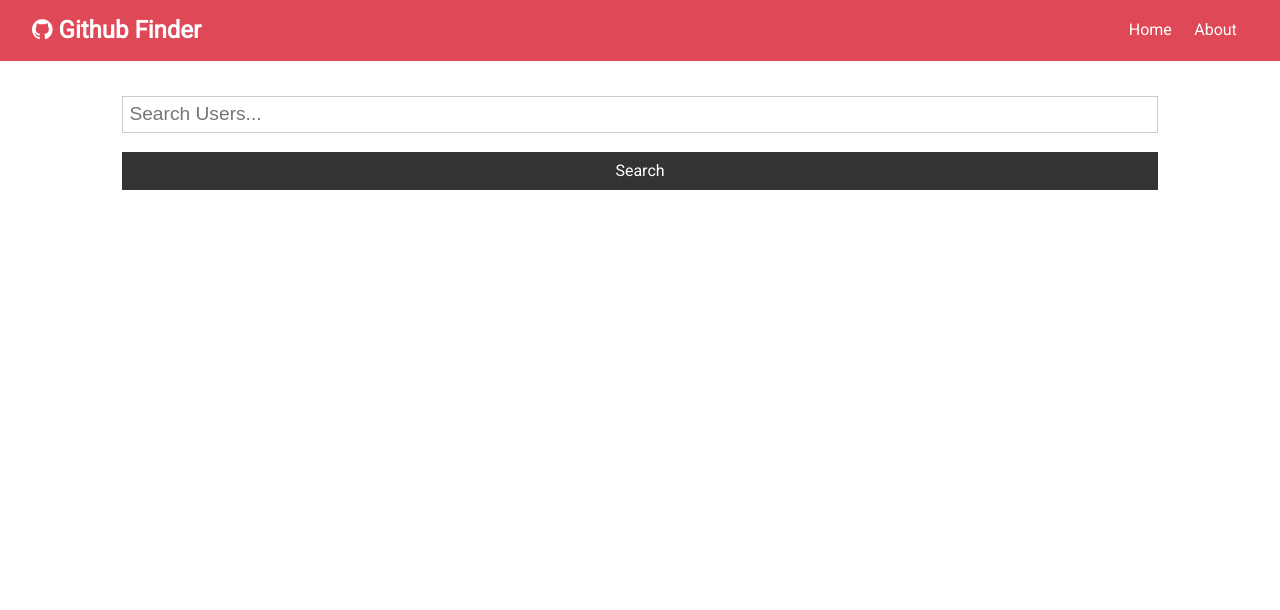
Repository: Abbaskhurram255/github-finder
Page: /
An editor plug-in stored every save of this project. The page is shown before and after the next save, followed by the edit.
The browser window is 1280 px wide. The pictures show the whole page.
The page's requests for data from a server got no answer. The project was rebuilt for these pictures with package versions that can differ from the ones it lists, and the page was loaded fresh each time. No one was signed in, and anything a server would have sent is missing. Also part of the build but not shown: src/components/repos/RepoItem.js, src/components/repos/Repos.js, src/components/users/User.js, src/components/layout/Alert.js, src/components/users/UserItem.js, src/components/pages/NotFound.js, src/components/pages/About.js. Imported but missing from the stored project, and not drawn on this page: src/components/layout/Spinner.

Above is the page before, as saved 2020-12-19 21:48:45.

After the next save:
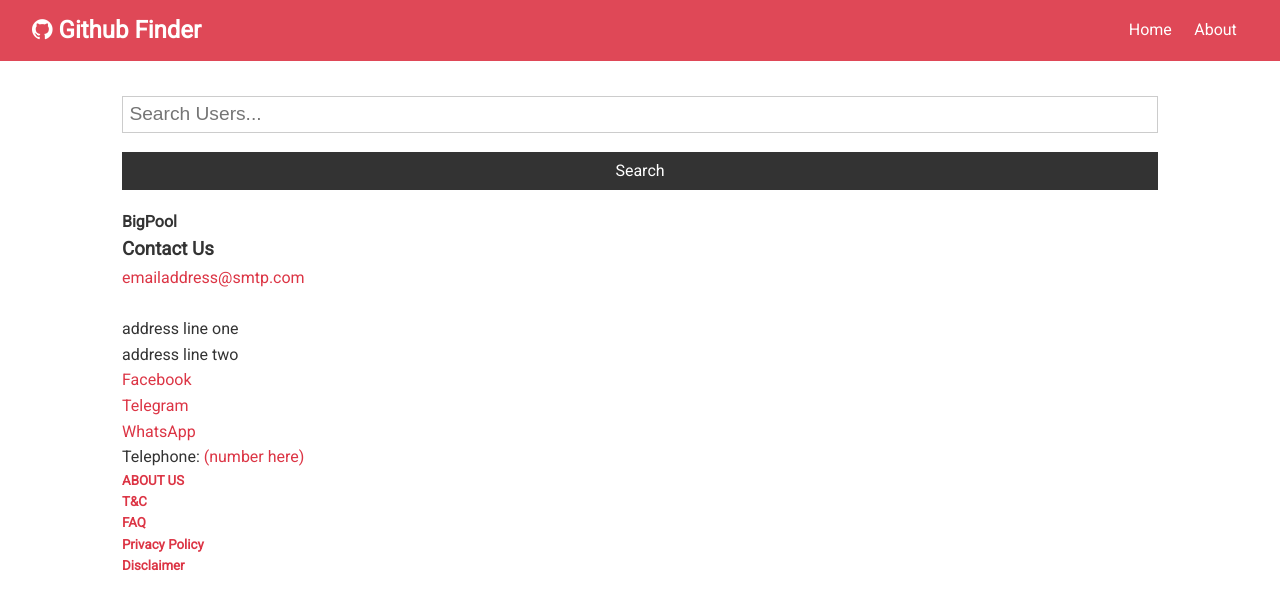
Saved 14 s later.
--- a/public/index.html
+++ b/public/index.html
@@ -22,6 +22,77 @@
   <body>
     <noscript>You need to enable JavaScript to run this app.</noscript>
     <div id="root"></div>
+      <!-- footer-->
+  <footer>
+    <div class="footer" id="footer">
+      <div class="container">
+        <div class="row">
+          <div class="col-lg-6 col-md-6 col-sm-6 col-xs-6">
+            <h4>BigPool</h4>
+          </div>
+          <div class="col-lg-3 col-sm-2 col-xs-3">
+            <h3>Contact Us</h3>
+            <ul>
+              <li><a class="email" href="#">emailaddress@smtp.com</a></li>
+              <br />
+              <li>
+                <p>address line one</p>
+              </li>
+              <li>
+                <p>address line two</p>
+              </li>
+            </ul>
+            <ul>
+              <li>
+                <p>
+                  <a href="https://www.facebook.com/groups/446788002952898/?ref=share">Facebook</a>
+                </p>
+              </li>
+              <li>
+                <p>
+                  <a href="https://t.me/joinchat/VssSExlEqIdSm2Y7bGwKAA">Telegram</a>
+                </p>
+              </li>
+              <li>
+                <p>
+                  <a href="https://chat.whatsapp.com/GUvq9a4bxXR9MVv4GbuLt3" target="_blank">WhatsApp</a>
+                </p>
+              </li>
+              <li>
+                <p>
+                  Telephone: <a href="tel:+923xxxxxxxxx">(number here)</a>
+                </p>
+              </li>
+            </ul>
+          </div>
+          <div class="col-lg-3 col-sm-2 col-xs-3">
+            <ul>
+              <li>
+                <h5>
+                  <a href="./about.html" style="margin-top: 5em"> ABOUT US</a>
+                </h5>
+              </li>
+              <li>
+                <h5><a href="./t&c.html">T&C</a></h5>
+              </li>
+              <li>
+                <h5><a href="./faq.html">FAQ</a></h5>
+              </li>
+              <li>
+                <h5><a href="./privacy-policy.html">Privacy Policy</a></h5>
+              </li>
+              <li>
+                <h5><a href="./disclaimer.html">Disclaimer</a></h5>
+              </li>
+            </ul>
+          </div>
 
+          <!--/.row-->
+        </div>
+        <!--/.container-->
+      </div>
+    </div>
+  </footer>
+  <!-- closed footer-->
   </body>
 </html>
